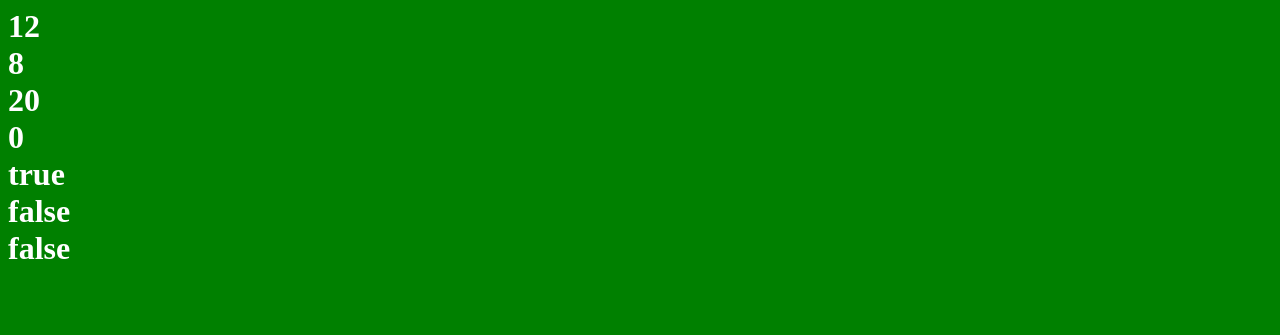
Repository: venugopalakrishnamylavarapu/Naresh-It-Full-Stack-java-Developer
Page: http://localhost/JSP/expressions.jsp
These files come from the project's save history. The page is drawn as it stood at one moment and after the next save; the edit follows.
The browser window is 1280 px wide. The pictures show the whole page.
The page is served by Tomcat 9.

Above is the page before, as saved 2023-03-16 15:02:06.

After the next save:
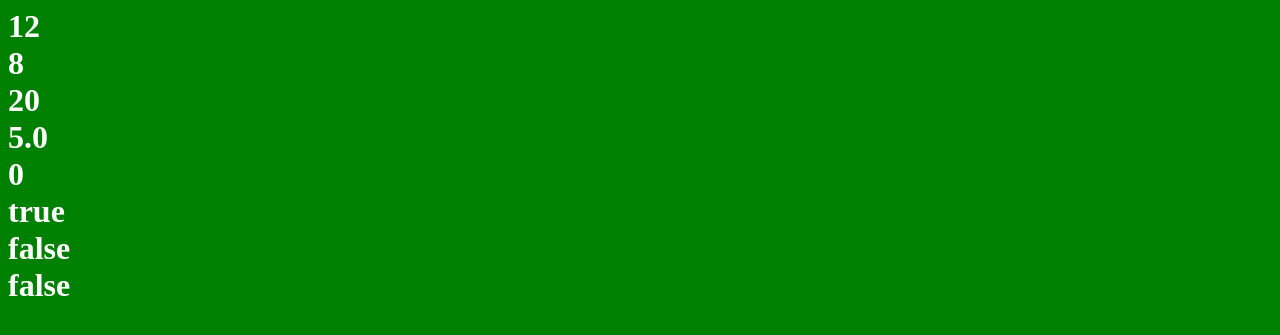
Saved 19 s later.
--- a/Advanced Java/Coding/JSP/src/main/webapp/expressions.jsp
+++ b/Advanced Java/Coding/JSP/src/main/webapp/expressions.jsp
@@ -4,6 +4,7 @@
 ${ 10+2 }<br>
 ${ 10-2 }<br>
 ${ 10*2 }<br>
+${ 10 div 2 }<br>
 ${ 10 mod 2 }<br>
 ${ 10 gt 2 }<br>
 ${ 10 eq 2 }<br>
